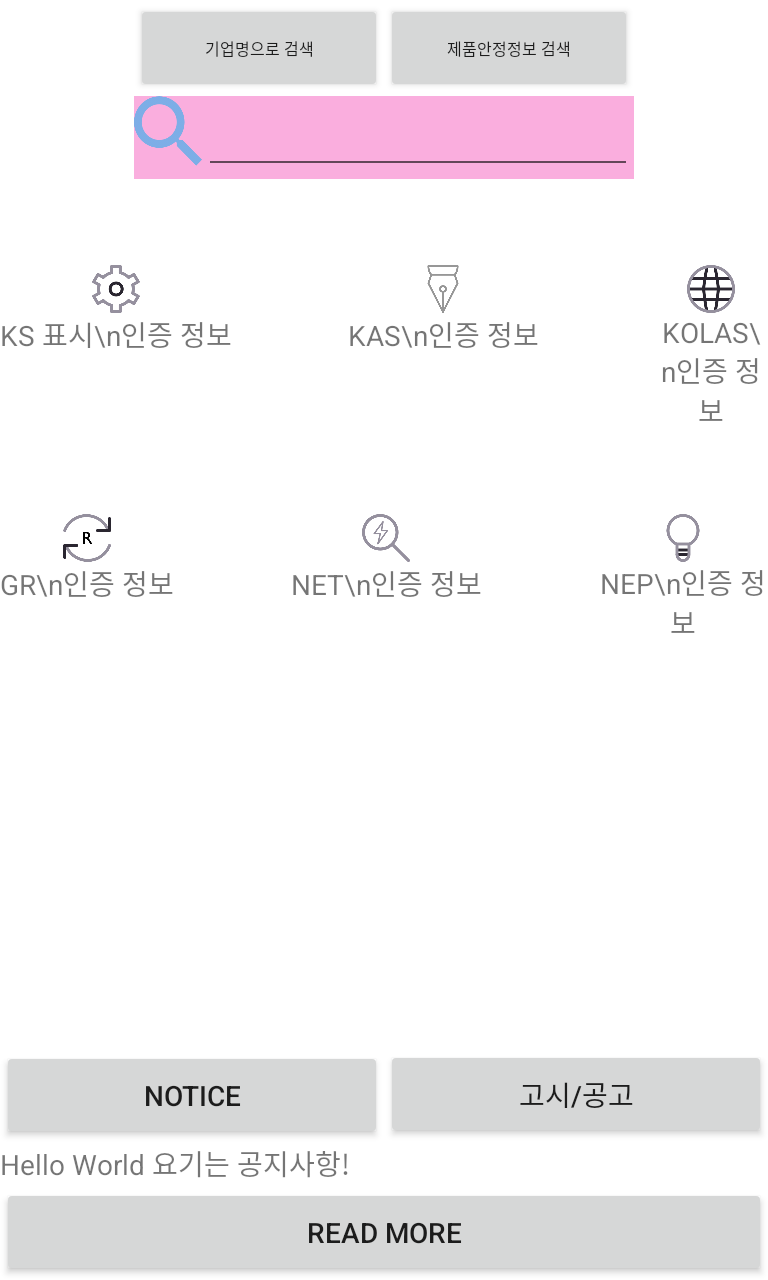
Repository: team-peony/ccfinder
Layout: android/CertifiedCompanyFinder/res/layout/fragment_main.xml
An editor plug-in stored every save of this project. The layout is shown before and after the next save, followed by the edit.
It is drawn on a 768 x 1280 px phone screen (xhdpi) without system bars, with theme AppTheme; the app's code is not run. Lists and similar views that code fills are empty.

Above is the layout before, as saved 2015-02-18 17:15:44.

### android/CertifiedCompanyFinder/res/layout/fragment_main.xml
<RelativeLayout xmlns:android="http://schemas.android.com/apk/res/android"
    xmlns:tools="http://schemas.android.com/tools"
    android:layout_width="match_parent"
    android:layout_height="match_parent"
    android:background="#FFFFFF"
    tools:context="com.peony.ccfinder.MainActivity$PlaceholderFragment" >

    <!-- 검색어 입력창 부분 -->
    <LinearLayout
        android:id="@+id/main_llSearch"
        android:layout_centerHorizontal="true"
        android:layout_width="250dp"
        android:layout_height="wrap_content"
        android:orientation="vertical">

        <LinearLayout
            android:layout_width="match_parent"
            android:layout_height="wrap_content"
            android:orientation="horizontal">
            <Button
                android:id="@+id/main_btnCompany"
                android:layout_width="0dp"
                android:layout_height="wrap_content"
                android:layout_weight="1"
                android:padding="0dp"
                android:textSize="8sp"
                android:text="기업명으로 검색"/>

            <Button
                android:id="@+id/main_btnSafety"
                android:layout_width="0dp"
                android:layout_height="wrap_content"
                android:layout_weight="1"
                android:padding="0dp"
                android:textSize="8sp"
                android:text="제품안정정보 검색"/>

        </LinearLayout>

        <LinearLayout
            android:layout_width="match_parent"
            android:layout_height="wrap_content"
            android:orientation="horizontal"
            android:background="@color/cc_color_bage">

            <ImageView
                android:layout_width="34dp"
                android:layout_height="35dp"
                android:src="@drawable/search_icon" />

            <EditText
                android:id="@+id/main_etKeyword"
                android:layout_width="match_parent"
                android:layout_height="wrap_content"/>

        </LinearLayout>
    </LinearLayout>


    <!-- 카테고리 부분 -->
    <LinearLayout
        android:id="@+id/main_llCategories"
        android:layout_width="wrap_content"
        android:layout_height="wrap_content"
        android:layout_marginTop="43dp"
        android:orientation="vertical"
        android:layout_centerHorizontal="true"
        android:layout_below="@id/main_llSearch">
        <!-- 카테고리 상단 -->
        <LinearLayout
            android:layout_width="wrap_content"
            android:layout_height="wrap_content"
            android:orientation="horizontal">

            <!-- KS -->
            <LinearLayout
                android:id="@+id/main_llCategoryKs"
                android:layout_width="wrap_content"
                android:layout_height="wrap_content"
                android:orientation="vertical"
                android:gravity="center">
	            <ImageView
	                android:layout_width="@dimen/category_icon_size"
	                android:layout_height="@dimen/category_icon_size"
	                android:src="@drawable/ks_icon" />

	            <TextView
	                android:layout_width="wrap_content"
	                android:layout_height="wrap_content"
	                android:text="KS 표시\n인증 정보"
	                android:gravity="center"/>
	        </LinearLayout>

            <!-- KAS -->
            <LinearLayout
                android:id="@+id/main_llCategoryKas"
                android:layout_width="wrap_content"
                android:layout_height="wrap_content"
                android:layout_marginLeft="@dimen/category_padding"
                android:layout_marginRight="@dimen/category_padding"
                android:orientation="vertical"
                android:gravity="center">
	            <ImageView
	                android:layout_width="@dimen/category_icon_size"
	                android:layout_height="@dimen/category_icon_size"
	                android:src="@drawable/kas_icon" />

	            <TextView
	                android:layout_width="wrap_content"
	                android:layout_height="wrap_content"
	                android:text="KAS\n인증 정보"
	                android:gravity="center"/>
	        </LinearLayout>

            <!-- KOLAS -->
            <LinearLayout
                android:id="@+id/main_llCategoryKolas"
                android:layout_width="wrap_content"
                android:layout_height="wrap_content"
                android:orientation="vertical"
                android:gravity="center">
	            <ImageView
	                android:layout_width="@dimen/category_icon_size"
	                android:layout_height="@dimen/category_icon_size"
	                android:src="@drawable/kolas_icon" />

	            <TextView
	                android:layout_width="wrap_content"
	                android:layout_height="wrap_content"
	                android:text="KOLAS\n인증 정보"
	                android:gravity="center"/>
	        </LinearLayout>

        </LinearLayout>


        <!-- 카테고리 하단 -->
        <LinearLayout
            android:layout_marginTop="42dp"
            android:layout_width="wrap_content"
            android:layout_height="wrap_content"
            android:orientation="horizontal">
            <!-- GR -->
            <LinearLayout
                android:id="@+id/main_llCategoryGr"
                android:layout_width="wrap_content"
                android:layout_height="wrap_content"
                android:orientation="vertical"
                android:gravity="center">
	            <ImageView
	                android:layout_width="@dimen/category_icon_size"
	                android:layout_height="@dimen/category_icon_size"
	                android:src="@drawable/gr_icon" />

	            <TextView
	                android:layout_width="wrap_content"
	                android:layout_height="wrap_content"
	                android:text="GR\n인증 정보"
	                android:gravity="center"/>
	        </LinearLayout>

            <!-- NET -->
            <LinearLayout
                android:id="@+id/main_llCategoryNet"
                android:layout_width="wrap_content"
                android:layout_height="wrap_content"
                android:layout_marginLeft="@dimen/category_padding"
                android:layout_marginRight="@dimen/category_padding"
                android:orientation="vertical"
                android:gravity="center">
	            <ImageView
	                android:layout_width="@dimen/category_icon_size"
	                android:layout_height="@dimen/category_icon_size"
	                android:src="@drawable/net_icon" />

	            <TextView
	                android:layout_width="wrap_content"
	                android:layout_height="wrap_content"
	                android:text="NET\n인증 정보"
	                android:gravity="center"/>
	        </LinearLayout>

            <!-- NEP -->
            <LinearLayout
                android:id="@+id/main_llCategoryNep"
                android:layout_width="wrap_content"
                android:layout_height="wrap_content"
                android:orientation="vertical"
                android:gravity="center">
	            <ImageView
	                android:layout_width="@dimen/category_icon_size"
	                android:layout_height="@dimen/category_icon_size"
	                android:src="@drawable/nep_icon" />

	            <TextView
	                android:layout_width="wrap_content"
	                android:layout_height="wrap_content"
	                android:text="NEP\n인증 정보"
	                android:gravity="center"/>
	        </LinearLayout>

        </LinearLayout>

    </LinearLayout>

    <!-- 공지 사항 -->
    <LinearLayout
        android:id="@+id/main_llNoticeArea"
        android:layout_width="match_parent"
        android:layout_height="wrap_content"
        android:orientation="vertical"
        android:layout_alignParentBottom="true">

        <!-- 공지 탭 -->
        <LinearLayout
            android:layout_width="match_parent"
            android:layout_height="wrap_content"
            android:orientation="horizontal">
            <Button
	            android:id="@+id/main_btnTabNotice"
	            android:layout_width="0dp"
	            android:layout_height="wrap_content"
	            android:layout_weight="1"
	            android:text="NOTICE"/>

	        <Button
	            android:id="@+id/main_btnTabGosi"
	            android:layout_width="0dp"
	            android:layout_height="wrap_content"
	            android:layout_weight="1"
	            android:text="고시/공고"/>
        </LinearLayout>

        <TextView
            android:layout_width="match_parent"
            android:layout_height="wrap_content"
            android:text="Hello World 요기는 공지사항!"/>

        <Button
	            android:id="@+id/main_btnReadMore"
	            android:layout_width="match_parent"
	            android:layout_height="wrap_content"
	            android:text="Read more"/>
    </LinearLayout>

</RelativeLayout>

### android/CertifiedCompanyFinder/res/values/styles.xml
<resources>

    <!--
        Base application theme, dependent on API level. This theme is replaced
        by AppBaseTheme from res/values-vXX/styles.xml on newer devices.
    -->
    <style name="AppBaseTheme" parent="Theme.AppCompat.Light">
        <!--
            Theme customizations available in newer API levels can go in
            res/values-vXX/styles.xml, while customizations related to
            backward-compatibility can go here.
        -->
    </style>

    <!-- Application theme. -->
    <style name="AppTheme" parent="AppBaseTheme">
        <!-- All customizations that are NOT specific to a particular API-level can go here. -->
    </style>

</resources>

### android/CertifiedCompanyFinder/res/values/colors.xml
<?xml version="1.0" encoding="utf-8"?>
<resources>
    <color name="cc_color_bage">#faaede</color>

</resources>

### android/CertifiedCompanyFinder/res/values/dimens.xml
<resources>

    <!-- Default screen margins, per the Android Design guidelines. -->
    <dimen name="activity_horizontal_margin">16dp</dimen>
    <dimen name="activity_vertical_margin">16dp</dimen>
	<dimen name="category_icon_size">24dp</dimen>
	<dimen name="category_padding">58dp</dimen>
</resources>

Loaded but not shown: android/CertifiedCompanyFinder/res/values-v11/styles.xml (common file); android/CertifiedCompanyFinder/res/values-v14/styles.xml (common file)

After the next save:
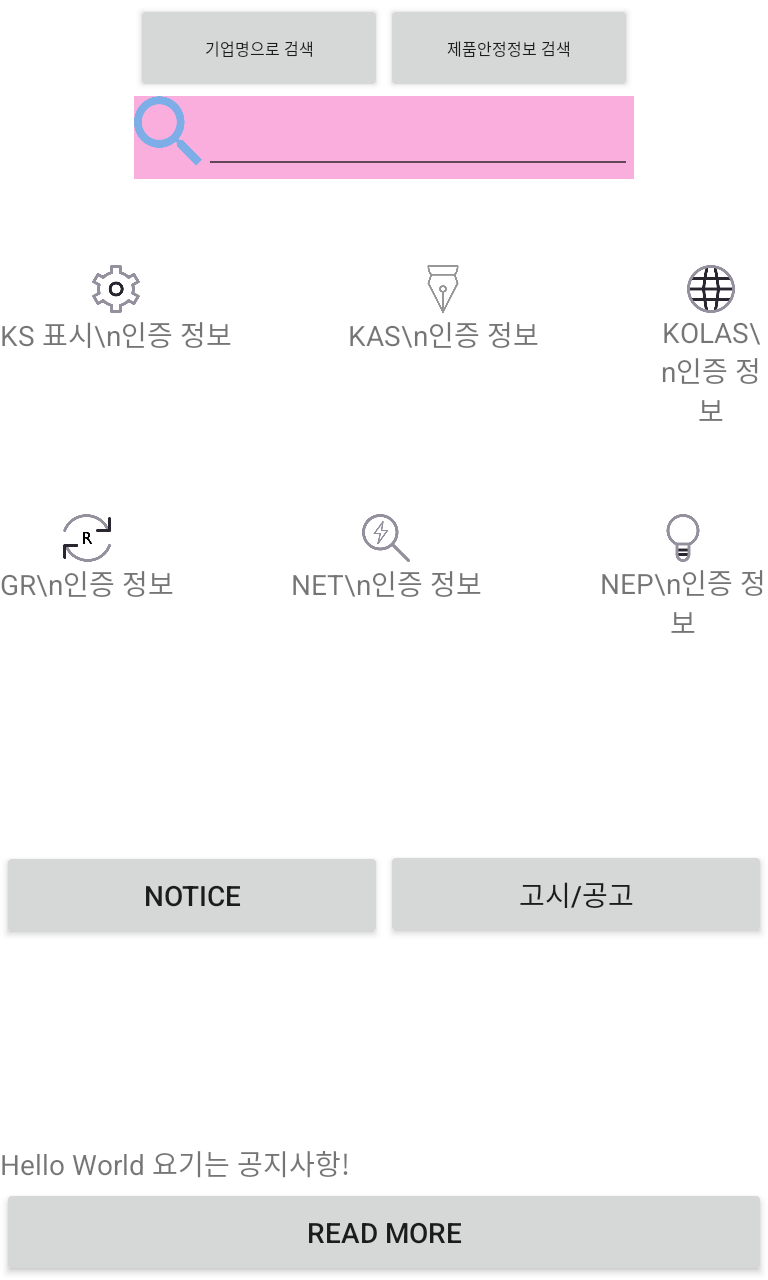
Saved 52 s later.
--- a/android/CertifiedCompanyFinder/res/layout/fragment_main.xml
+++ b/android/CertifiedCompanyFinder/res/layout/fragment_main.xml
@@ -231,6 +231,10 @@
 	            android:text="고시/공고"/>
         </LinearLayout>
 
+        <ListView
+            android:id="@+id/main_lvNotices"
+            android:layout_width="match_parent"
+            android:layout_height="100dp"/>
         <TextView
             android:layout_width="match_parent"
             android:layout_height="wrap_content"
